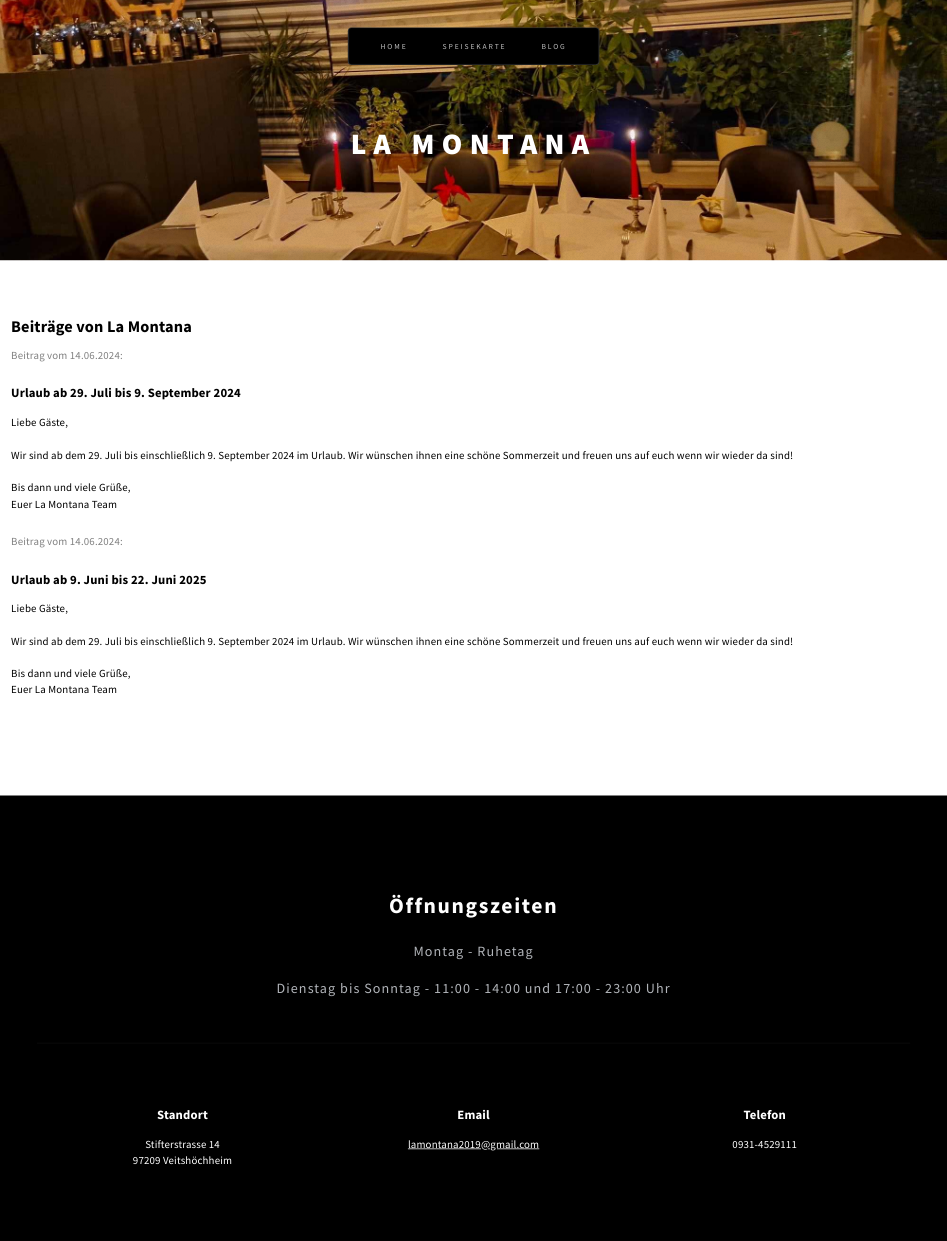
Repository: restaurantlamontana/restaurantlamontana.github.io
Page: blog.html
The author's editor kept a copy of each file at every save. The page is drawn from the files as they stood at one save, then again after the next save.
The browser window is 1280 px wide. The pictures show the whole page, at 74% of full size.

Above is the page before, as saved 2025-06-01 12:04:30.

After the next save:
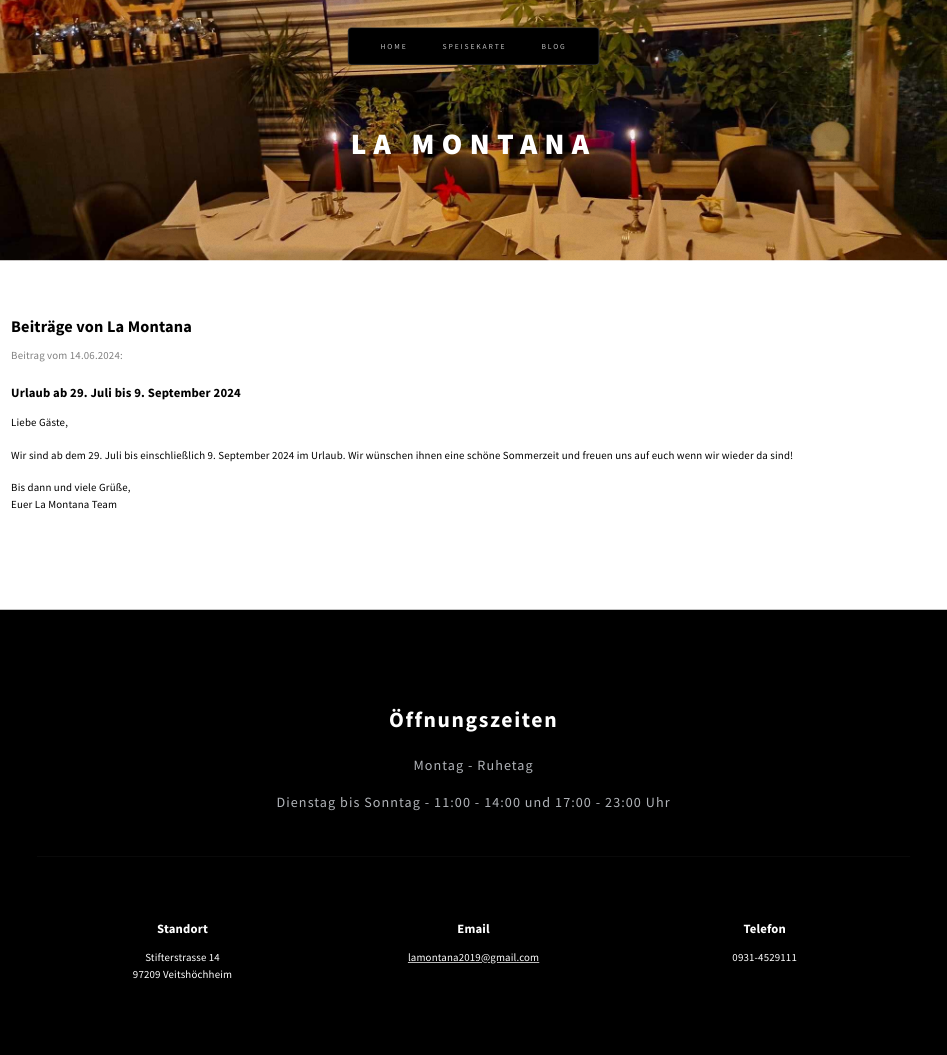
Saved 8 s later.
--- a/blog.html
+++ b/blog.html
@@ -32,21 +32,6 @@
 						<div>
 						<p style="color: gray;">Beitrag vom 14.06.2024:</p>
 						<h3 style="color: black;">Urlaub ab 29. Juli bis 9. September 2024</h3>
-						<p style="color: black;">
-							Liebe Gäste,
-							<br>
-							<br>
-							Wir sind ab dem 29. Juli bis einschließlich 9. September 2024 im Urlaub.
-							Wir wünschen ihnen eine schöne Sommerzeit und freuen uns auf euch wenn wir wieder da sind!
-							<br>
-							<br>
-							Bis dann und viele Grüße, <br>
-							Euer La Montana Team
-						</p>
-					</div>
-					<div>
-						<p style="color: gray;">Beitrag vom 14.06.2024:</p>
-						<h3 style="color: black;">Urlaub ab 9. Juni bis 22. Juni 2025</h3>
 						<p style="color: black;">
 							Liebe Gäste,
 							<br>

After the save that followed:
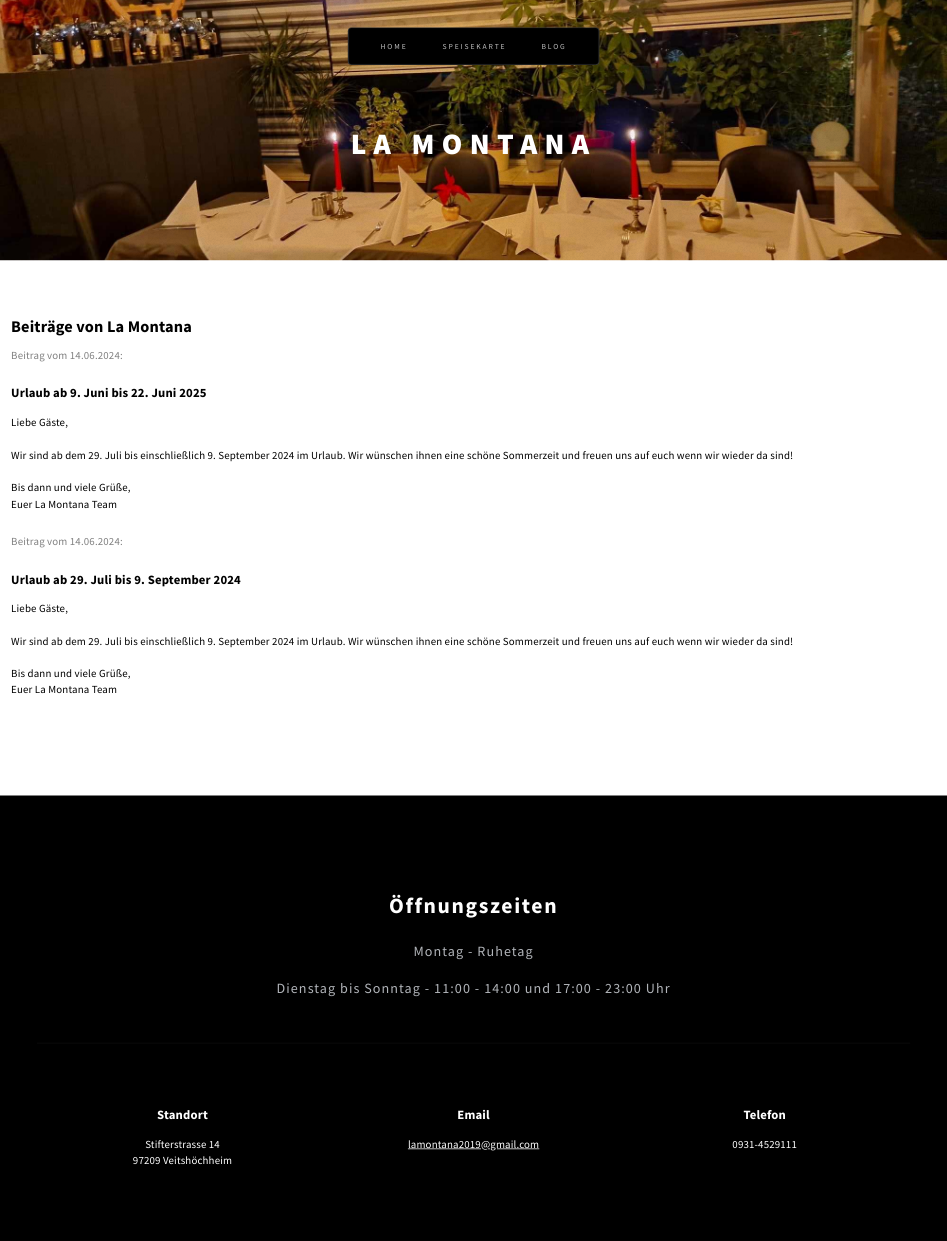
Saved 9 s later.
--- a/blog.html
+++ b/blog.html
@@ -29,6 +29,21 @@
 				<section id="main" class="wrapper style2">
 					<div style="margin-left: 15px; margin-right: 15px;">
 						<h1 style="color: black;">Beiträge von La Montana</h1>
+						<div>
+							<p style="color: gray;">Beitrag vom 14.06.2024:</p>
+							<h3 style="color: black;">Urlaub ab 9. Juni bis 22. Juni 2025</h3>
+							<p style="color: black;">
+								Liebe Gäste,
+								<br>
+								<br>
+								Wir sind ab dem 29. Juli bis einschließlich 9. September 2024 im Urlaub.
+								Wir wünschen ihnen eine schöne Sommerzeit und freuen uns auf euch wenn wir wieder da sind!
+								<br>
+								<br>
+								Bis dann und viele Grüße, <br>
+								Euer La Montana Team
+							</p>
+						</div>
 						<div>
 						<p style="color: gray;">Beitrag vom 14.06.2024:</p>
 						<h3 style="color: black;">Urlaub ab 29. Juli bis 9. September 2024</h3>
